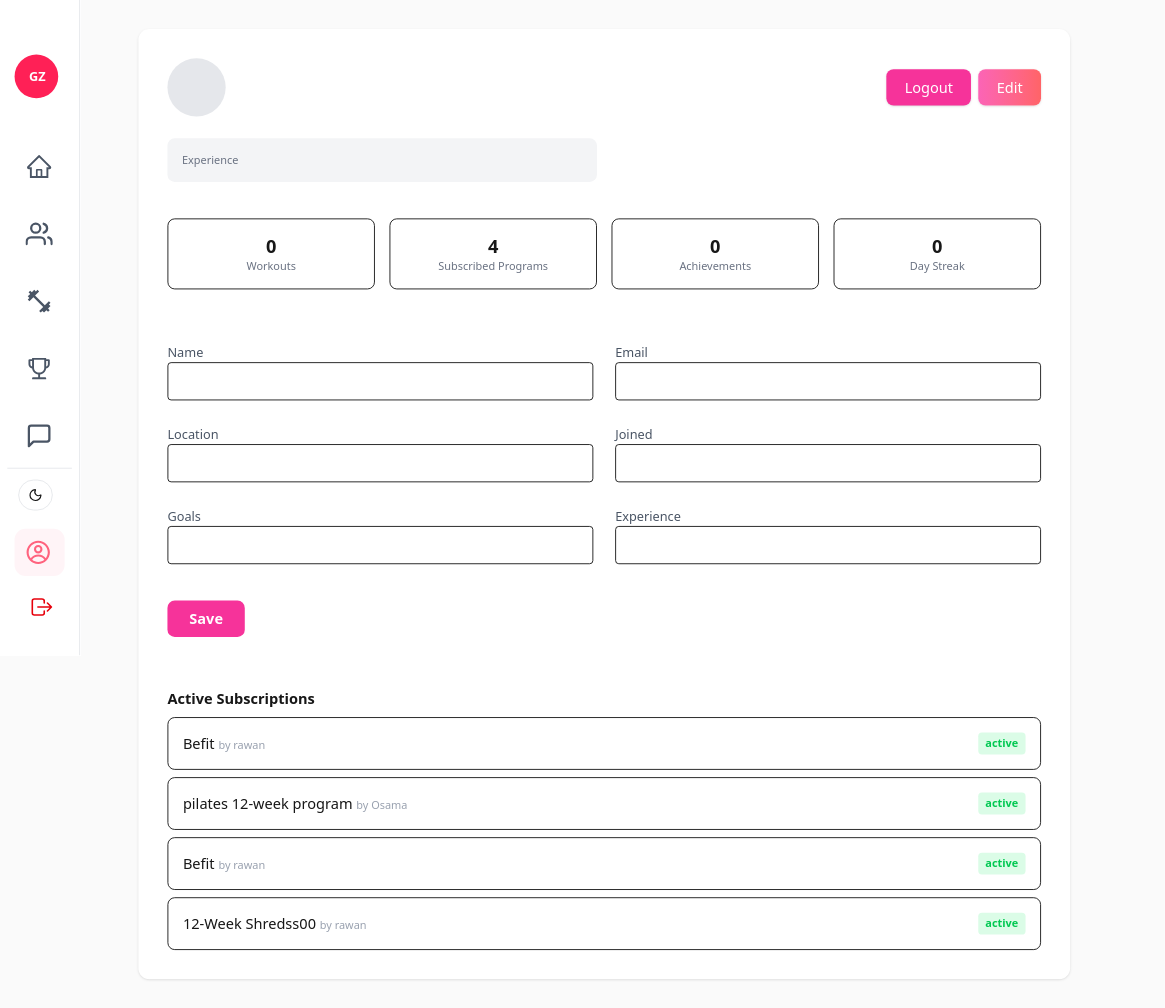
Repository: Brutalxnor/godzilla_fe
Page: /profile/edit
The author's editor kept a copy of each file at every save. The page is drawn from the files as they stood at one save, then again after the next save.
The browser window is 1280 px wide. The pictures show the whole page, at 91% of full size.
The page's requests for data from a server got no answer. The project was rebuilt for these pictures with package versions that can differ from the ones it lists, and the page was loaded fresh each time. The framework's server and built-in components were replaced by stand-ins that run in the browser. No one was signed in, and anything a server would have sent is missing. Also part of the build but not shown: next.config.ts.

Above is the page before, as saved 2025-11-13 13:28:38.

### app/layout.tsx
// app/layout.tsx
import type { Metadata } from "next";
import { Geist, Geist_Mono } from "next/font/google";
import "./globals.css";
import { ToastContainer } from "react-toastify";
import { CommentsProvider } from "./community/context/CommentsContext";
import ChatNotifications from "./components/shared/ChatNotifications";

const geistSans = Geist({
  variable: "--font-geist-sans",
  subsets: ["latin"],
});

const geistMono = Geist_Mono({
  variable: "--font-geist-mono",
  subsets: ["latin"],
});

export const metadata: Metadata = {
  title: "Godzilla",
  description: "Ready to learn something new today",
};

export default function RootLayout({
  children,
}: {
  children: React.ReactNode;
}) {
  // This script runs before React hydrates and sets <html data-theme="...">
  const themeInit = `
    (function () {
      try {
        var t = localStorage.getItem('theme');
        if (!t) {
          t = window.matchMedia('(prefers-color-scheme: dark)').matches ? 'dark' : 'light';
        }
        document.documentElement.setAttribute('data-theme', t);
      } catch (e) {}
    })();
  `;

  return (
    <html lang="en" suppressHydrationWarning>
      <head>
        <script dangerouslySetInnerHTML={{ __html: themeInit }} />
      </head>
      <body
        className={`${geistSans.variable} ${geistMono.variable} antialiased`}
        // optional: ensure base colors use your CSS variables
        style={{
          background: "var(--background)",
          color: "var(--foreground)",
        }}
      >
        <ChatNotifications />
        <ToastContainer />
        <CommentsProvider>{children}</CommentsProvider>
      </body>
    </html>
  );
}

### app/profile/edit/page.tsx
"use client";
import Sidebar from "@/app/components/shared/sidebar";
import useGetUser from "@/app/Hooks/useGetUser";
import { GetUserById } from "@/app/services/Auth.service";
import { User } from "@/app/types/type";
import React, { Suspense, useEffect, useMemo, useState } from "react";
import { useForm } from "react-hook-form";

const Page = () => {
  const [user, setUser] = useState<{
    data: User;
  } | null>(null);
  const { userDB } = useGetUser();

  const shellVars = useMemo(
    () =>
      ({
        "--sb-w": "88px",
        "--extra-left": "24px",
      } as React.CSSProperties),
    []
  );

  const { register, handleSubmit, reset } = useForm();

  useEffect(() => {
    const fetchUser = async () => {
      const data = await GetUserById(userDB?.data.user_id as string);
      setUser(data);
      if (data?.data) {
        reset({
          name: data.data.name,
          email: data.data.email,
          location: data.data.location,
          experience: data.data.experience,
        });
      }
    };
    fetchUser();
  }, [userDB?.data.user_id, reset]);

  const onSubmit = (formData: any) => {
    console.log(formData);
  };

  return (
    <div className="min-h-screen bg-[#fafafa]">
      <Suspense fallback={<div className="p-6 text-gray-500">Loading...</div>}>
        <Sidebar />
      </Suspense>
      <main
        style={shellVars}
        className="w-full lg:w-[calc(95vw-var(--sb-w)-var(--extra-left))] lg:ml-[calc(var(--sb-w)+var(--extra-left))]"
      >
        <div className="mx-auto w-full max-w-5xl px-3 sm:px-4 md:px-6 lg:px-0 py-8">
          <div className="bg-white rounded-xl shadow p-8 flex flex-col gap-6">
            {/* Header */}
            <div className="flex items-center justify-between">
              <div className="flex items-center gap-4">
                <div className="bg-gray-200 rounded-full h-16 w-16 flex items-center justify-center text-2xl font-bold text-gray-700">
                  {user?.data?.first_name
                    ?.split(" ")
                    .map((n) => n[0])
                    .join("")}
                </div>
                <div>
                  <h2 className="text-lg font-semibold">
                    {user?.data?.first_name}
                  </h2>
                  <div className="text-sm text-gray-500">
                    {user?.data?.email}
                  </div>
                  <div className="text-sm text-gray-500">
                    {user?.data?.location}
                  </div>
                </div>
              </div>
              <div className="flex gap-2">
                <button className="bg-pink-500 text-white rounded-lg px-5 py-2 font-medium shadow hover:bg-pink-600">
                  Logout
                </button>
                <button className="bg-gradient-to-r from-pink-400 to-red-400 text-white rounded-lg px-5 py-2 font-medium shadow hover:from-pink-500 hover:to-red-500">
                  Edit
                </button>
              </div>
            </div>

            {/* Goals and Experience */}
            <div className="grid grid-cols-2 gap-4">
              <div className="p-4 bg-gray-100 rounded-lg">
                <div className="text-xs text-gray-500">Experience</div>
                <div className="text-base font-medium">
                  {user?.data?.experience_level}
                </div>
              </div>
            </div>

            {/* Numbers and Stats (Same UI style, use your stats data here) */}
            <div className="grid grid-cols-4 gap-4 mt-4">
              <div className="bg-white border rounded-lg p-4 flex flex-col items-center">
                <span className="text-xl font-bold">0</span>
                <span className="text-xs text-gray-500">Workouts</span>
              </div>
              <div className="bg-white border rounded-lg p-4 flex flex-col items-center">
                <span className="text-xl font-bold">4</span>
                <span className="text-xs text-gray-500">
                  Subscribed Programs
                </span>
              </div>
              <div className="bg-white border rounded-lg p-4 flex flex-col items-center">
                <span className="text-xl font-bold">0</span>
                <span className="text-xs text-gray-500">Achievements</span>
              </div>
              <div className="bg-white border rounded-lg p-4 flex flex-col items-center">
                <span className="text-xl font-bold">0</span>
                <span className="text-xs text-gray-500">Day Streak</span>
              </div>
            </div>

            {/* React Hook Form (Edit profile section) */}
            <form onSubmit={handleSubmit(onSubmit)} className="space-y-6 mt-8">
              <div className="grid grid-cols-2 gap-6">
                <div>
                  <label className="text-sm text-gray-600">Name</label>
                  <input
                    type="text"
                    {...register("name")}
                    className="input w-full p-2 border rounded"
                  />
                </div>
                <div>
                  <label className="text-sm text-gray-600">Email</label>
                  <input
                    type="email"
                    {...register("email")}
                    className="input w-full p-2 border rounded"
                  />
                </div>
                <div>
                  <label className="text-sm text-gray-600">Location</label>
                  <input
                    type="text"
                    {...register("location")}
                    className="input w-full p-2 border rounded"
                  />
                </div>
                <div>
                  <label className="text-sm text-gray-600">Joined</label>
                  <input
                    type="text"
                    {...register("joined")}
                    className="input w-full p-2 border rounded"
                    disabled
                  />
                </div>
                <div>
                  <label className="text-sm text-gray-600">Goals</label>
                  <input
                    type="text"
                    {...register("goals")}
                    className="input w-full p-2 border rounded"
                  />
                </div>
                <div>
                  <label className="text-sm text-gray-600">Experience</label>
                  <input
                    type="text"
                    {...register("experience")}
                    className="input w-full p-2 border rounded"
                  />
                </div>
              </div>
              <button
                type="submit"
                className="px-6 py-2 rounded-lg bg-pink-500 text-white font-bold mt-4"
              >
                Save
              </button>
            </form>

            {/* Subscriptions Example */}
            <div className="mt-8">
              <h3 className="text-md font-semibold mb-2">
                Active Subscriptions
              </h3>
              <div className="flex flex-col gap-2">
                <div className="border rounded-lg p-4 flex items-center justify-between">
                  <span>
                    Befit{" "}
                    <span className="text-xs text-gray-400">by rawan</span>
                  </span>
                  <span className="text-green-500 font-bold text-xs bg-green-100 px-2 py-1 rounded">
                    active
                  </span>
                </div>
                <div className="border rounded-lg p-4 flex items-center justify-between">
                  <span>
                    pilates 12-week program{" "}
                    <span className="text-xs text-gray-400">by Osama</span>
                  </span>
                  <span className="text-green-500 font-bold text-xs bg-green-100 px-2 py-1 rounded">
                    active
                  </span>
                </div>
                <div className="border rounded-lg p-4 flex items-center justify-between">
                  <span>
                    Befit{" "}
                    <span className="text-xs text-gray-400">by rawan</span>
                  </span>
                  <span className="text-green-500 font-bold text-xs bg-green-100 px-2 py-1 rounded">
                    active
                  </span>
                </div>
                <div className="border rounded-lg p-4 flex items-center justify-between">
                  <span>
                    12-Week Shredss00{" "}
                    <span className="text-xs text-gray-400">by rawan</span>
                  </span>
                  <span className="text-green-500 font-bold text-xs bg-green-100 px-2 py-1 rounded">
                    active
                  </span>
                </div>
              </div>
            </div>
          </div>
        </div>
      </main>
    </div>
  );
};

export default Page;

### app/community/context/CommentsContext.tsx
"use client";
import React, { createContext, useContext, useState, ReactNode } from "react";
import axios from "axios";
import { toast } from "react-toastify";

type Comment = {
  id: string;
  postId: string;
  author: string;
  content: string;
  createdAt: string;
};

type CommentsContextType = {
  comments: Comment[];
  fetchComments: (postId: string) => Promise<void>;
  addComment: (
    postId: string,
    content: string,
    author: string
  ) => Promise<void>;
  loading: boolean;
  openPostId: string | null;
  handleTriggerOpenCommentModal: (postId: string) => void;
};

const CommentsContext = createContext<CommentsContextType | undefined>(
  undefined
);

export const CommentsProvider = ({ children }: { children: ReactNode }) => {
  const [comments, setComments] = useState<Comment[]>([]);
  const [loading, setLoading] = useState(false);
  const [openPostId, setOpenPostId] = useState<string | null>(null);

  const fetchComments = async (postId: string) => {
    setLoading(true);
    try {
      const { data } = await axios.get(

        `https://godzilla-be.vercel.app/api/v1/posts/df2a3584-aeb4-42e8-8a9b-3b8eeffc51a9`

      );
      setComments(data);
    } catch (error) {
      toast.error("فشل في تحميل التعليقات ❌");
    } finally {
      setLoading(false);
    }
  };

  const handleTriggerOpenCommentModal = (postId?: string) => {
    if (postId) {
      setOpenPostId(postId);
    } else {
      setOpenPostId(null);
    }
  };

  const addComment = async (
    postId: string,
    comment: string,
    user_id: string
  ) => {
    try {
      const body = { postId, comment, user_id };
      await axios.put(
        "https://godzilla-be.vercel.app/api/v1/posts/update-comment",
        body
      );
      toast.success("تم إضافة التعليق بنجاح 🎉");
      await fetchComments(postId);
    } catch (error) {
      toast.error("حدث خطأ أثناء إضافة التعليق ❌");
    }
  };

  return (
    <CommentsContext.Provider
      value={{
        comments,
        fetchComments,
        addComment,
        loading,
        handleTriggerOpenCommentModal,
        openPostId,
      }}
    >
      {children}
    </CommentsContext.Provider>
  );
};

// ✅ Hook للاستخدام داخل أي كومبوننت
export const useComments = () => {
  const context = useContext(CommentsContext);
  if (!context) {
    throw new Error("useComments must be used within a CommentsProvider");
  }
  return context;
};

### app/Hooks/useGetUser.ts
"use client";
// import { User } from "@/types/admin";
import { useEffect, useState } from "react";
import { User } from "../types/admin";

const useGetUser = () => {
  const [userDB, setUserDB] = useState<User | null>(null);

  useEffect(() => {
    const localUser = localStorage.getItem("user");
    if (localUser) {
      try {
        setUserDB(JSON.parse(localUser));
      } catch (err) {
        console.error("Error parsing local user:", err);
      }
    }
  }, []);

  return { userDB };
};

export default useGetUser;

### app/services/Auth.service.ts
import axios from "axios";

export const GetUserById = async (id: string) => {
  try {
    const res = await axios.get(
      `https://godzilla-be.vercel.app/api/v1/auth/getusers/${id}`
    );

    return res.data;
  } catch (err) {
    console.error("Error fetching athlete subscriptions:", err);
    throw err;
  }
};

### lib/client.ts
import { createBrowserClient } from "@supabase/ssr";

export function createClient() {
  return createBrowserClient(
    "https://uivcyyfyefpkieynavgw.supabase.co",
    "eyJhbGciOiJIUzI1NiIsInR5cCI6IkpXVCJ9.eyJpc3MiOiJzdXBhYmFzZSIsInJlZiI6InVpdmN5eWZ5ZWZwa2lleW5hdmd3Iiwicm9sZSI6ImFub24iLCJpYXQiOjE3NTkxMzI5MTgsImV4cCI6MjA3NDcwODkxOH0.9oDzn_La6VyGy39ujEBA_lZNgVl7x23Cez3FeH9tIrU"
  );
}
export const supabase = createClient();

### app/auth/services/logout.service.ts
// app/auth/services/logout.service.ts
import axios, { AxiosError } from "axios";
import { toast } from "react-toastify";

export interface LogoutResult {
  success: boolean;
  error?: string;
}


export const LogoutService = async (): Promise<LogoutResult> => {
  try {


      localStorage.removeItem("user");


      window.location.href = "/";
      window.location.reload();

      //toast.success("you are logged out successfully!");
      // setTimeout(() => {
      //     window.location.reload();
      // }, 7000);

    return { success: true };
  } catch (e) {
    return { success: false, error: "Logout failed" };
  }
};

### app/Hooks/useGetTheme.ts
// "use client";
// // import { User } from "@/types/admin";
// import { useEffect, useState } from "react";

// const useGetTheme = () => {
//   const [theme, setTheme] = useState<string>("");

//   useEffect(() => {
//     const localTheme = localStorage.getItem("theme");
//     if (localTheme) {
//       try {
//         setTheme(localTheme as string);
//       } catch (err) {
//         console.error("Error parsing local user:", err);
//       }
//     }
//   }, []);

//   return { theme };
// };

// export default useGetTheme;
"use client";

import { useEffect, useState } from "react";

type Theme = "light" | "dark";

const readFromDomOrStorage = (): Theme => {
  if (typeof window === "undefined") return "light";

  // 1) Prefer what <html data-theme=""> currently has
  const fromDom = document.documentElement.getAttribute("data-theme");
  if (fromDom === "light" || fromDom === "dark") return fromDom;

  // 2) Fallback to localStorage
  const saved = localStorage.getItem("theme");
  if (saved === "light" || saved === "dark") return saved;

  // 3) Last fallback: system preference
  return window.matchMedia("(prefers-color-scheme: dark)").matches
    ? "dark"
    : "light";
};

const useGetTheme = () => {
  const [theme, setTheme] = useState<Theme>(() => readFromDomOrStorage());

  useEffect(() => {
    // Make sure we sync once on mount (in case DOM changed before hook used)
    setTheme(readFromDomOrStorage());

    const handler = (e: Event) => {
      const custom = e as CustomEvent<Theme>;
      // extra safety check
      if (custom.detail === "light" || custom.detail === "dark") {
        setTheme(custom.detail);
      }
    };

    window.addEventListener("theme-change", handler);
    return () => window.removeEventListener("theme-change", handler);
  }, []);

  return { theme };
};

export default useGetTheme;

### app/components/ThemeToggle.tsx
// // "use client";

// // import { useEffect, useState } from "react";
// // import { Moon, Sun } from "lucide-react";

// // type Theme = "light" | "dark";

// // const getInitial = (): Theme => {
// //   if (typeof window === "undefined") return "light";
// //   const saved = localStorage.getItem("theme");
// //   if (saved === "light" || saved === "dark") return saved;
// //   // fall back to system
// //   return window.matchMedia("(prefers-color-scheme: dark)").matches ? "dark" : "light";
// // };

// // export default function ThemeToggle() {
// //   const [theme, setTheme] = useState<Theme>(getInitial);

// //   useEffect(() => {
// //     document.documentElement.setAttribute("data-theme", theme);
// //     localStorage.setItem("theme", theme);
// //   }, [theme]);

// //   return (
// //     <button
// //       onClick={() => setTheme(theme === "dark" ? "light" : "dark")}
// //       className="inline-flex items-center justify-center rounded-full border px-2.5 py-2 text-sm
// //                  border-[var(--border)] hover:bg-[var(--chip)]"
// //       title="Toggle theme"
// //       aria-label="Toggle theme"
// //     >
// //       {theme === "dark" ? (
// //         <Sun className="h-4 w-4" />
// //       ) : (
// //         <Moon className="h-4 w-4" />
// //       )}
// //     </button>
// //   );
// // }

// // "use client";

// // import { useEffect, useState } from "react";
// // import { Moon, Sun } from "lucide-react";

// // type Theme = "light" | "dark";

// // const getInitial = (): Theme => {
// //   if (typeof window === "undefined") return "light";
// //   const saved = localStorage.getItem("theme");
// //   if (saved === "light" || saved === "dark") return saved;
// //   return window.matchMedia("(prefers-color-scheme: dark)").matches ? "dark" : "light";
// // };

// // export default function ThemeToggle() {
// //   const [theme, setTheme] = useState<Theme>(getInitial);

// //   useEffect(() => {
// //     document.documentElement.setAttribute("data-theme", theme);
// //     localStorage.setItem("theme", theme);
// //   }, [theme]);

// //   return (
// //     <button
// //       onClick={() => setTheme(theme === "dark" ? "light" : "dark")}
// //       className="inline-flex items-center justify-center rounded-full border px-2.5 py-2 text-sm
// //                  border-[var(--border)] hover:bg-[var(--chip)]"
// //       title="Toggle theme"
// //       aria-label="Toggle theme"
// //     >
// //       {theme === "dark" ? <Sun className="h-4 w-4" /> : <Moon className="h-4 w-4" />}
// //     </button>
// //   );
// // }


// "use client";

// import { useEffect, useState } from "react";
// import { Moon, Sun } from "lucide-react";

// type Theme = "light" | "dark";

// const getInitial = (): Theme => {
//   if (typeof window === "undefined") return "light";
//   const saved = localStorage.getItem("theme");
//   if (saved === "light" || saved === "dark") return saved;
//   return window.matchMedia("(prefers-color-scheme: dark)").matches ? "dark" : "light";
// };

// export default function ThemeToggle() {
//   const [theme, setTheme] = useState<Theme>(getInitial);

//   useEffect(() => {
//     document.documentElement.setAttribute("data-theme", theme);
//     localStorage.setItem("theme", theme);
//   }, [theme]);

//   return (
//     <button
//       onClick={() => setTheme(theme === "dark" ? "light" : "dark")}
//       className="inline-flex items-center justify-center rounded-full border px-2.5 py-2
//                  border-[var(--border)] hover:bg-[var(--chip)]"
//       title="Toggle theme"
//       aria-label="Toggle theme"
//     >
//       {theme === "dark" ? <Sun className="h-4 w-4" /> : <Moon className="h-4 w-4" />}
//     </button>
//   );
// }


"use client";

import { useEffect, useState } from "react";
import { Moon, Sun } from "lucide-react";

type Theme = "light" | "dark";

const getInitial = (): Theme => {
  if (typeof window === "undefined") return "light";

  const saved = localStorage.getItem("theme");
  if (saved === "light" || saved === "dark") return saved;

  return window.matchMedia("(prefers-color-scheme: dark)").matches
    ? "dark"
    : "light";
};

export default function ThemeToggle() {
  const [theme, setTheme] = useState<Theme>(getInitial);

  useEffect(() => {
    // Apply to <html>
    document.documentElement.setAttribute("data-theme", theme);
    // Persist
    localStorage.setItem("theme", theme);
    // 🔔 Notify the rest of the app (our custom event)
    window.dispatchEvent(new CustomEvent<Theme>("theme-change", { detail: theme }));
  }, [theme]);

  const toggle = () => {
    setTheme((prev) => (prev === "dark" ? "light" : "dark"));
  };

  return (
    <button
      onClick={toggle}
      className="inline-flex items-center justify-center rounded-full border px-2.5 py-2
                 border-[var(--border)] hover:bg-[var(--chip)]"
      title="Toggle theme"
      aria-label="Toggle theme"
      type="button"
    >
      {theme === "dark" ? <Sun className="h-4 w-4" /> : <Moon className="h-4 w-4" />}
    </button>
  );
}

Loaded but not shown: app/components/shared/sidebar.tsx (1271 lines, source omitted); app/globals.css (367 lines, source omitted); app/components/shared/ChatNotifications.tsx (239 lines, source omitted)

After the next save:
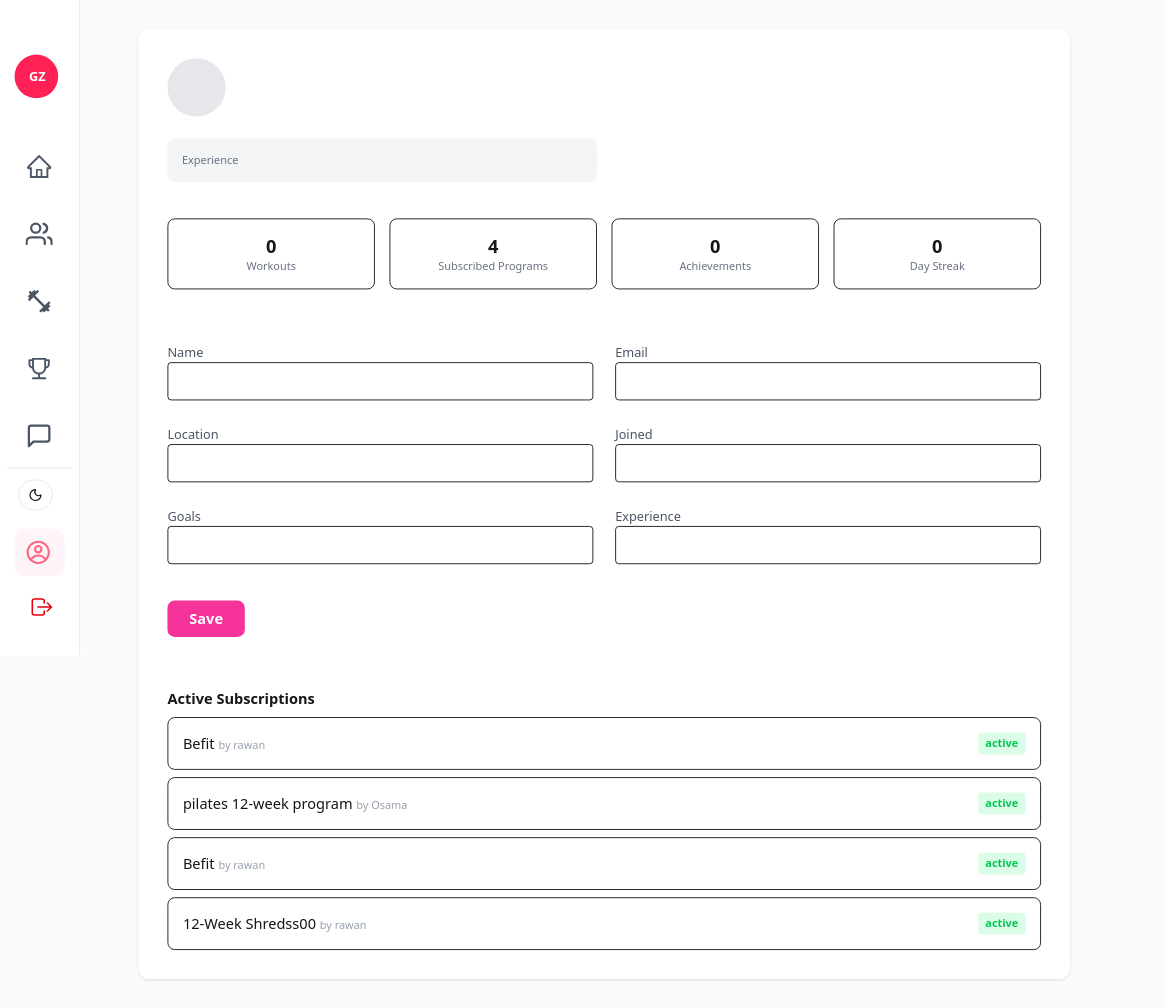
Saved 43 s later.
--- a/app/profile/edit/page.tsx
+++ b/app/profile/edit/page.tsx
@@ -75,14 +75,6 @@ const Page = () => {
                   </div>
                 </div>
               </div>
-              <div className="flex gap-2">
-                <button className="bg-pink-500 text-white rounded-lg px-5 py-2 font-medium shadow hover:bg-pink-600">
-                  Logout
-                </button>
-                <button className="bg-gradient-to-r from-pink-400 to-red-400 text-white rounded-lg px-5 py-2 font-medium shadow hover:from-pink-500 hover:to-red-500">
-                  Edit
-                </button>
-              </div>
             </div>
 
             {/* Goals and Experience */}
